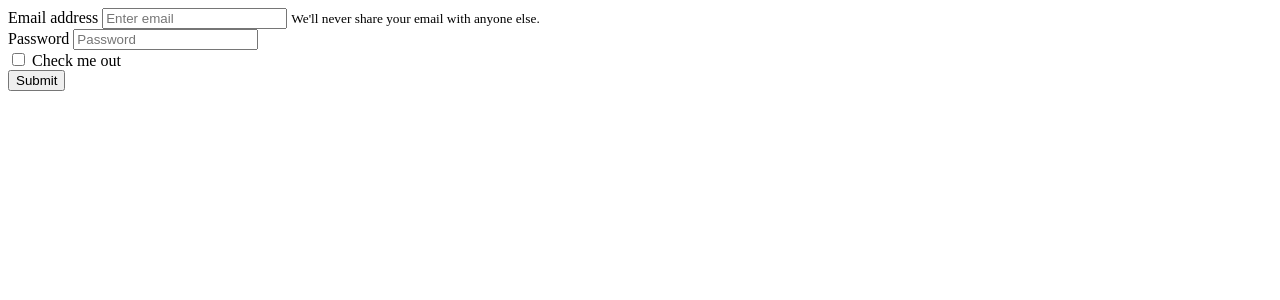
Repository: phamvuhung2710/sound-express
Page: http://localhost/download
These files come from the project's save history. The page is drawn as it stood at one moment and after the next save; the edit follows.
The browser window is 1280 px wide. The pictures show the whole page.
The page is served by the project's Node server (server.js).

Above is the page before, as saved 2022-08-04 22:07:03.

### views/download.ejs
<!DOCTYPE html>
<html lang="en">
  <head>
    <meta charset="UTF-8" />
    <meta http-equiv="X-UA-Compatible" content="IE=edge" />
    <meta name="viewport" content="width=device-width, initial-scale=1.0" />
    <title>LongK</title>
  </head>
  <body>
    <form>
      <div class="form-group">
        <label for="exampleInputEmail1">Email address</label>
        <input
          type="email"
          class="form-control"
          id="exampleInputEmail1"
          aria-describedby="emailHelp"
          placeholder="Enter email"
        />
        <small id="emailHelp" class="form-text text-muted"
          >We'll never share your email with anyone else.</small
        >
      </div>
      <div class="form-group">
        <label for="exampleInputPassword1">Password</label>
        <input
          type="password"
          class="form-control"
          id="exampleInputPassword1"
          placeholder="Password"
        />
      </div>
      <div class="form-check">
        <input type="checkbox" class="form-check-input" id="exampleCheck1" />
        <label class="form-check-label" for="exampleCheck1">Check me out</label>
      </div>
      <button type="submit" class="btn btn-primary">Submit</button>
    </form>
  </body>
</html>

### server.js
const express = require('express')
const util = require('util')
const app = express()
var bodyParser = require('body-parser')
const YoutubeMp3Downloader = require('youtube-mp3-downloader')

const path = require('path')
const fs = require('fs')
const readdir = util.promisify(fs.readdir)

const directoryPath = path.join(__dirname, 'public')

// parse application/x-www-form-urlencoded
app.use(bodyParser.urlencoded({ extended: false }))

// parse application/json
app.use(bodyParser.json())
app.use(express.json())

app.set('view engine', 'ejs')
app.use(express.static('public'))

app.get('/', async (req, res) => {
  const listMusic = await readdir(directoryPath)
  res.render('index', { listMusic })
})

app.post('/', (req, res) => {
  res.send('OK')
})

app.get('/download', (req, res) => {
  res.render('download')
})

app.post('/delete', (req, res) => {
  fs.unlink(`./public/${req.body.name}`, (err) => {
    if (err) throw err //handle your error the way you want to;
    console.log('path/file.txt was deleted') //or else the file will be deleted
  })
  res.send('Xoá thành công')
})

app.post('/download/', (req, res) => {
  console.log('req: ', req)
  // var YD = new YoutubeMp3Downloader({
  //   ffmpegPath: './ffmpeg/bin/ffmpeg.exe', // FFmpeg binary location
  //   outputPath: './public', // Output file location (default: the home directory)
  //   youtubeVideoQuality: 'highestaudio', // Desired video quality (default: highestaudio)
  //   queueParallelism: 2, // Download parallelism (default: 1)
  //   progressTimeout: 2000, // Interval in ms for the progress reports (default: 1000)
  //   allowWebm: false // Enable download from WebM sources (default: false)
  // })

  // //Download video and save as MP3 file
  // YD.download('lXx-kdlxL48', '2.mp3')

  // YD.on('finished', function (err, data) {
  //   res.send('Thành công')
  // })

  // YD.on('error', function (error) {
  //   console.log('error: ', error)
  // })

  // YD.on('progress', function (progress) {
  //   console.log(JSON.stringify(progress))
  // })
})

app.listen(3000, () => {
  console.log(`Server started running`)
})

function removeVietnameseTones(str) {
  str = str.replace(/à|á|ạ|ả|ã|â|ầ|ấ|ậ|ẩ|ẫ|ă|ằ|ắ|ặ|ẳ|ẵ/g, 'a')
  str = str.replace(/è|é|ẹ|ẻ|ẽ|ê|ề|ế|ệ|ể|ễ/g, 'e')
  str = str.replace(/ì|í|ị|ỉ|ĩ/g, 'i')
  str = str.replace(/ò|ó|ọ|ỏ|õ|ô|ồ|ố|ộ|ổ|ỗ|ơ|ờ|ớ|ợ|ở|ỡ/g, 'o')
  str = str.replace(/ù|ú|ụ|ủ|ũ|ư|ừ|ứ|ự|ử|ữ/g, 'u')
  str = str.replace(/ỳ|ý|ỵ|ỷ|ỹ/g, 'y')
  str = str.replace(/đ/g, 'd')
  str = str.replace(/À|Á|Ạ|Ả|Ã|Â|Ầ|Ấ|Ậ|Ẩ|Ẫ|Ă|Ằ|Ắ|Ặ|Ẳ|Ẵ/g, 'A')
  str = str.replace(/È|É|Ẹ|Ẻ|Ẽ|Ê|Ề|Ế|Ệ|Ể|Ễ/g, 'E')
  str = str.replace(/Ì|Í|Ị|Ỉ|Ĩ/g, 'I')
  str = str.replace(/Ò|Ó|Ọ|Ỏ|Õ|Ô|Ồ|Ố|Ộ|Ổ|Ỗ|Ơ|Ờ|Ớ|Ợ|Ở|Ỡ/g, 'O')
  str = str.replace(/Ù|Ú|Ụ|Ủ|Ũ|Ư|Ừ|Ứ|Ự|Ử|Ữ/g, 'U')
  str = str.replace(/Ỳ|Ý|Ỵ|Ỷ|Ỹ/g, 'Y')
  str = str.replace(/Đ/g, 'D')
  // Some system encode vietnamese combining accent as individual utf-8 characters
  // Một vài bộ encode coi các dấu mũ, dấu chữ như một kí tự riêng biệt nên thêm hai dòng này
  str = str.replace(/\u0300|\u0301|\u0303|\u0309|\u0323/g, '') // ̀ ́ ̃ ̉ ̣  huyền, sắc, ngã, hỏi, nặng
  str = str.replace(/\u02C6|\u0306|\u031B/g, '') // ˆ ̆ ̛  Â, Ê, Ă, Ơ, Ư
  // Remove extra spaces
  // Bỏ các khoảng trắng liền nhau
  str = str.replace(/ + /g, ' ')
  str = str.trim()
  // Remove punctuations
  // Bỏ dấu câu, kí tự đặc biệt
  str = str.replace(
    /!|@|%|\^|\*|\(|\)|\+|\=|\<|\>|\?|\/|,|\.|\:|\;|\'|\"|\&|\#|\[|\]|~|\$|_|`|-|{|}|\||\\/g,
    ' '
  )
  return str
}

After the next save:
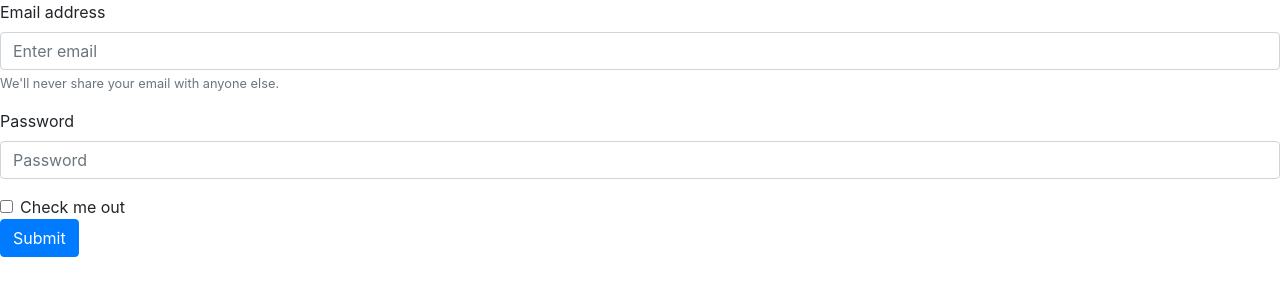
Saved 29 s later.
--- a/views/download.ejs
+++ b/views/download.ejs
@@ -5,6 +5,12 @@
     <meta http-equiv="X-UA-Compatible" content="IE=edge" />
     <meta name="viewport" content="width=device-width, initial-scale=1.0" />
     <title>LongK</title>
+    <link
+      rel="stylesheet"
+      href="https://cdn.jsdelivr.net/npm/bootstrap@4.3.1/dist/css/bootstrap.min.css"
+      integrity="sha384-ggOyR0iXCbMQv3Xipma34MD+dH/1fQ784/j6cY/iJTQUOhcWr7x9JvoRxT2MZw1T"
+      crossorigin="anonymous"
+    />
   </head>
   <body>
     <form>
